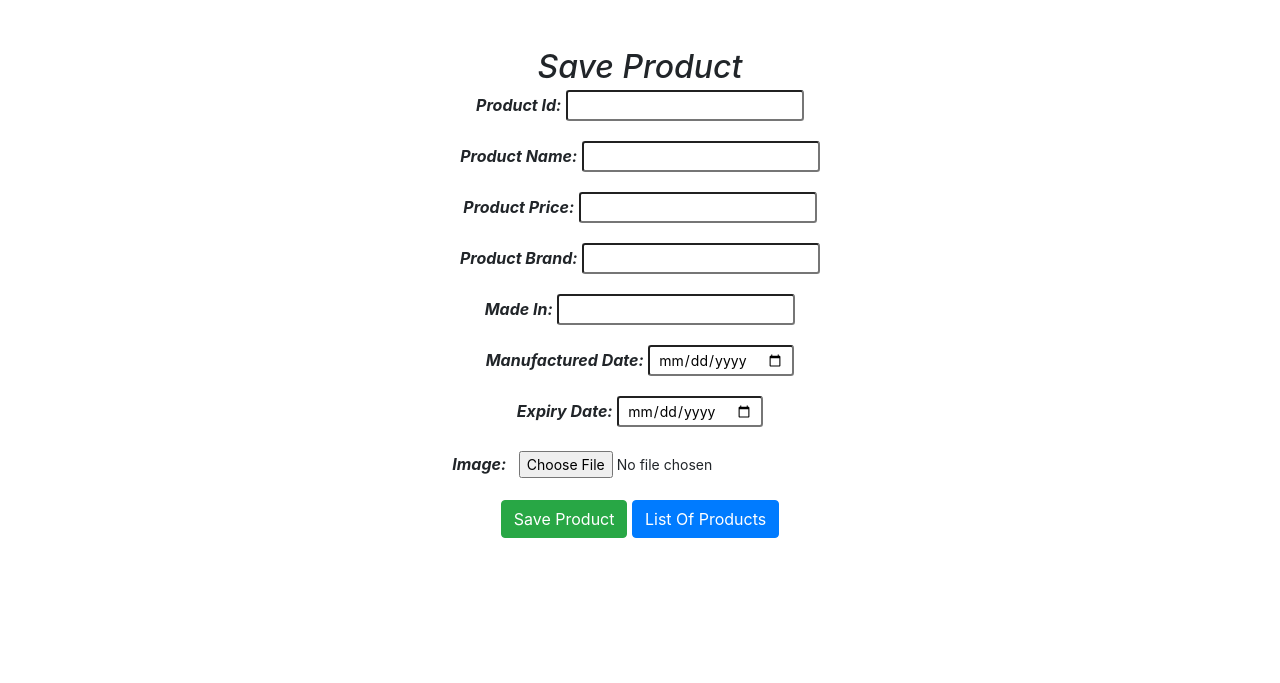
Repository: ananthaanusha/advjavaprograms
Page: ProductManagementApp/src/main/webapp/addProduct.html
These files come from the project's save history. The page is drawn as it stood at one moment and after the next save; the edit follows.
The browser window is 1280 px wide. The pictures show the whole page.

Above is the page before, as saved 2024-03-10 11:32:41.

### ProductManagementApp/src/main/webapp/addProduct.html
<!DOCTYPE html>
<html>
	<head>
		<title>Product Details...</title>
		<!-- Latest compiled and minified CSS -->
<link rel="stylesheet" href="https://stackpath.bootstrapcdn.com/bootstrap/4.5.2/css/bootstrap.min.css" integrity="sha384-JcKb8q3iqJ61gNV9KGb8thSsNjpSL0n8PARn9HuZOnIxN0hoP+VmmDGMN5t9UJ0Z" crossorigin="anonymous">

		<script type="text/javascript" src="formvalidation.js"></script>

	</head>
	<body>
	<div class="container mt-5 text-center">
	<h2 class="text-center font-italic mb-1">Save Product</h2>
	  <form method="post" action="AddProductServlet" enctype="multipart/form-data" onsubmit="return validateForm()">

		<div class="form-group">
		<label class="font-italic font-weight-bold" for="proId">Product Id:</label>
		<input type="text" class="form-control-sm" id="proId" name="proId" >
		</div>


		<div class="form-group">
		<label class="font-italic font-weight-bold" for="proName">Product Name:</label>
		<input type="text" class="form-control-sm" id="proName" name="proName" >
		</div>

		<div class="form-group">
		<label class="font-italic font-weight-bold" for="proPrice">Product Price:</label>
		<input type="number" class="form-control-sm" id="proPrice" name="proPrice" >
		</div>


		<div class="form-group">
		<label class="font-italic font-weight-bold" for="proBrand">Product Brand:</label>
		<input type="text" class="form-control-sm" id="proBrand" name="proBrand" >
		</div>


		<div class="form-group">
		<label class="font-italic font-weight-bold" for="madeIn">Made In:</label>
		<input type="text" class="form-control-sm" id="madeIn" name="madeIn" >
		</div>


		<div class="form-group">
		<label class="font-italic font-weight-bold" for="mDate">Manufactured Date:</label>
		<input type="date" class="form-control-sm" id="mDate" name="mDate" >
		</div>


		<div class="form-group">
		<label class="font-italic font-weight-bold" for="eDate">Expiry Date:</label>
		<input type="date" class="form-control-sm" id="eDate" name="eDate" >
		</div>


		<div class="form-group">
		<label class="font-italic font-weight-bold" for="proImage">Image:</label>
		<input type="file" class="form-control-sm" id="proImage" name="proImage" accept="image/*">
		</div>


		<!--  <div class="form-group">
		<label class="font-italic font-weight-bold" for="audio">Choose Audio:</label>
		<input type="file" class="form-control-sm" id="audio" name="audio" accept="audio/*">
		</div>

		<div class="form-group">
		<label class="font-italic font-weight-bold" for="video">Choose Video:</label>
		<input type="file" class="form-control-sm" id="proVideo" name="proVideo" accept="video/*">
		</div>
		<div>-->
		  <input type="submit" class="btn btn-success" value="Save Product"/>
		  <a href="productList.jsp" class="btn btn-primary">List Of Products</a>
		</div>
	  </form>
	</div>
	</body>
</html>

### ProductManagementApp/src/main/webapp/formvalidation.js
function validateForm(){
	var proId=Document.getElementById("proId").value;
	var proName=Document.getElementById("proName").value;
	var proPrice=Document.getElementById("proPrice").value;
	var proBrand=Document.getElementById("proBrand").value;
	var madeIn=Document.getElementById("madeIn").value;

	if(proId.trim() ==="" || proName.trim() ==="" || proPrice.trim() ==="" || proBrand.trim() ==="" || madeIn.trim() ==="")
	{
	alert("All Fields Must Be Filled Out");
	return false;
	}
	if(parseFloat(proPrice)<0){
		alert("price must not be negative ");
		return false;
	}
	if(proName.length >50 || proBrand.length>50){
		alert("Product Name and Brand length should not exceed 50 characters");
		return false;
	}
	var promfgdt=document.getElementById("mDate").value;
	var proexpdt=document.getElementById("eDate").value;
	var manufacturedDate = new Date(promfgdt);
	var expiryDate=new Date(proexpdt);
	if(manufacturedDate > expiryDate)
	{
		alert("manufactured date cannot be greater than expiry date");
		return false;
	}
	return true;
}

After the next save:
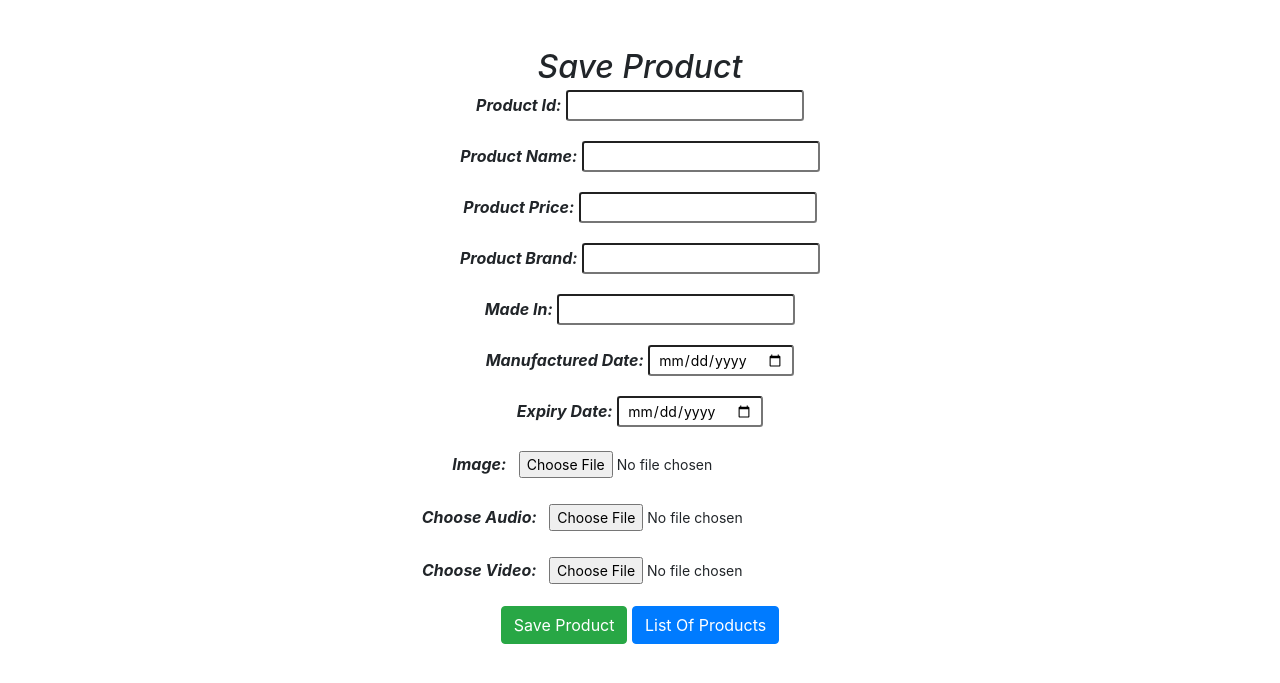
Saved 89 s later.
--- a/ProductManagementApp/src/main/webapp/addProduct.html
+++ b/ProductManagementApp/src/main/webapp/addProduct.html
@@ -60,7 +60,7 @@
 		</div>
 
 
-		<!--  <div class="form-group">
+		 <div class="form-group">
 		<label class="font-italic font-weight-bold" for="audio">Choose Audio:</label>
 		<input type="file" class="form-control-sm" id="audio" name="audio" accept="audio/*">
 		</div>
@@ -69,7 +69,7 @@
 		<label class="font-italic font-weight-bold" for="video">Choose Video:</label>
 		<input type="file" class="form-control-sm" id="proVideo" name="proVideo" accept="video/*">
 		</div>
-		<div>-->
+		<div>
 		  <input type="submit" class="btn btn-success" value="Save Product"/>
 		  <a href="productList.jsp" class="btn btn-primary">List Of Products</a>
 		</div>
